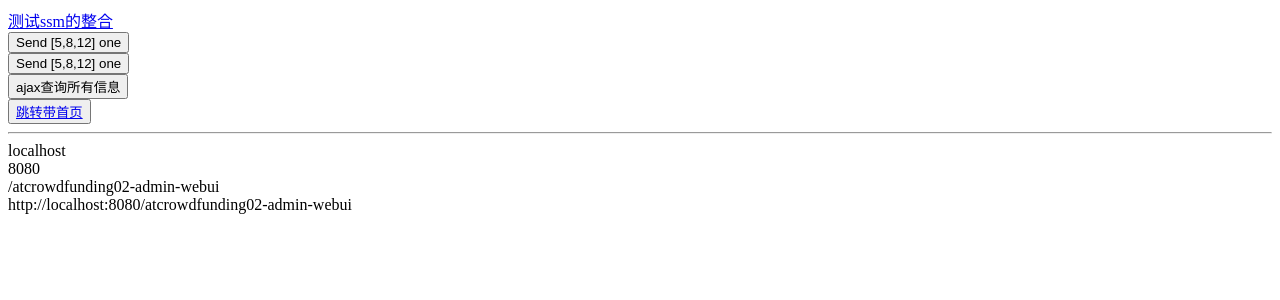
Repository: sxcyyds/scw
Page: http://localhost/atcrowdfunding02-admin-webui/
These files come from the project's save history. The page is drawn as it stood at one moment and after the next save; the edit follows.
The browser window is 1280 px wide. The pictures show the whole page.
The page is served by Tomcat 9. Nobody is signed in. The application's start-up code is not run.

Above is the page before, as saved 2022-02-15 07:35:09.

After the next save:
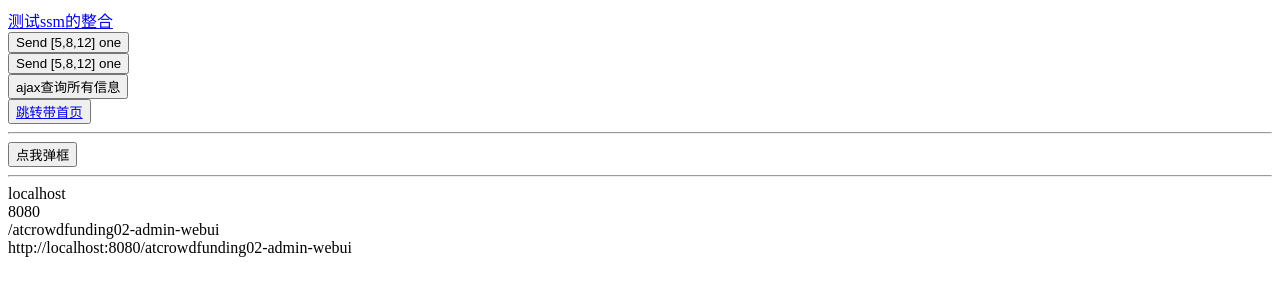
Saved 3 min 41 s later.
--- a/scw/atcrowdfunding01-admin-parent/atcrowdfunding02-admin-webui/src/main/webapp/index.jsp
+++ b/scw/atcrowdfunding01-admin-parent/atcrowdfunding02-admin-webui/src/main/webapp/index.jsp
@@ -65,6 +65,9 @@
 
 			});
 		});
+		$("btn6").click(function(){
+			layer.msg("ass.>>..")
+		});
 
 
 	});
@@ -79,7 +82,10 @@
 
 <button id="btn3">Send [5,8,12] one</button><br>
 <button id="btn4">ajax查询所有信息</button><br>
-<button id="btn5" ><a href="admin/to/login/page.html">跳转带首页</a></button>
+<button id="btn5" ><a href="admin/to/login/page.html">跳转带首页</a></button><br>
+<hr/>
+<button id="btn6">点我弹框</button>
+
 <hr/>
 ${ pageContext.request.serverName }<br>
 ${ pageContext.request.serverPort }<br>
